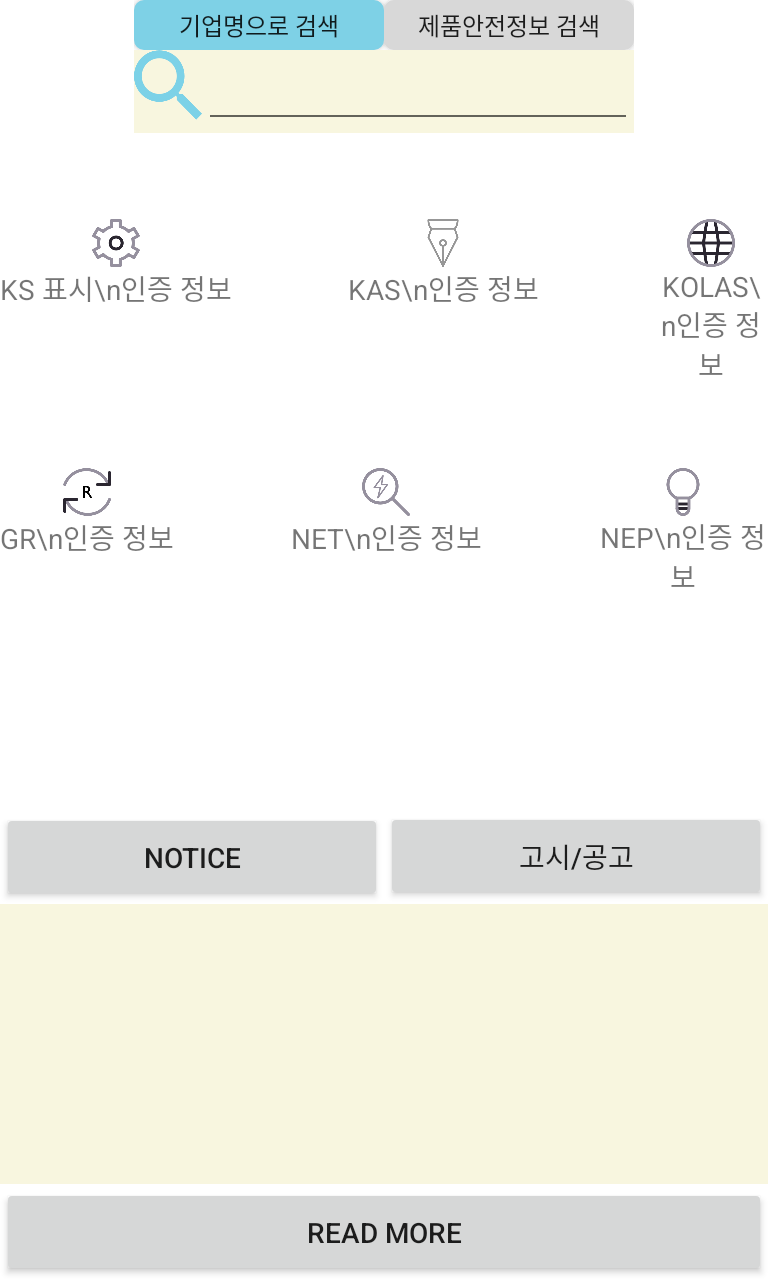
Repository: team-peony/ccfinder
Layout: android/CertifiedCompanyFinder/res/layout/fragment_main.xml
These files come from the project's save history. The layout is drawn as it stood at one moment and after the next save; the edit follows.
It is drawn on a 768 x 1280 px phone screen (xhdpi) without system bars, with theme AppTheme; the app's code is not run. Lists and similar views that code fills are empty.

Above is the layout before, as saved 2015-02-19 17:13:46.

### android/CertifiedCompanyFinder/res/layout/fragment_main.xml
<RelativeLayout xmlns:android="http://schemas.android.com/apk/res/android"
    xmlns:tools="http://schemas.android.com/tools"
    android:layout_width="match_parent"
    android:layout_height="match_parent"
    android:background="#FFFFFF"
    tools:context="com.peony.ccfinder.MainActivity$PlaceholderFragment" >

    <!-- 검색어 입력창 부분 -->
    <LinearLayout
        android:id="@+id/main_llSearch"
        android:layout_centerHorizontal="true"
        android:layout_width="250dp"
        android:layout_height="wrap_content"
        android:orientation="vertical">

        <LinearLayout
            android:layout_width="match_parent"
            android:layout_height="wrap_content"
            android:orientation="horizontal">
            <Button
                android:id="@+id/main_btnCompany"
                android:layout_width="0dp"
                android:layout_height="25dp"
                android:layout_weight="1"
                android:padding="0dp"
                android:textSize="12sp"
                android:background="@drawable/search_type_selected"
                android:text="기업명으로 검색"/>

            <Button
                android:id="@+id/main_btnSafety"
                android:layout_width="0dp"
                android:layout_height="25dp"
                android:layout_weight="1"
                android:padding="0dp"
                android:textSize="12sp"
                android:background="@drawable/search_type_unselected"
                android:text="제품안전정보 검색"/>

        </LinearLayout>

        <LinearLayout
            android:layout_width="match_parent"
            android:layout_height="wrap_content"
            android:orientation="horizontal"
            android:background="@color/cc_color_bage">

            <ImageView
                android:layout_width="34dp"
                android:layout_height="35dp"
                android:src="@drawable/search_icon" />

            <EditText
                android:id="@+id/main_etKeyword"
                android:layout_width="match_parent"
                android:layout_height="wrap_content"/>

        </LinearLayout>
    </LinearLayout>


    <!-- 카테고리 부분 -->
    <LinearLayout
        android:id="@+id/main_llCategories"
        android:layout_width="wrap_content"
        android:layout_height="wrap_content"
        android:layout_marginTop="43dp"
        android:orientation="vertical"
        android:layout_centerHorizontal="true"
        android:layout_below="@id/main_llSearch">
        <!-- 카테고리 상단 -->
        <LinearLayout
            android:layout_width="wrap_content"
            android:layout_height="wrap_content"
            android:orientation="horizontal">

            <!-- KS -->
            <LinearLayout
                android:id="@+id/main_llCategoryKs"
                android:layout_width="wrap_content"
                android:layout_height="wrap_content"
                android:orientation="vertical"
                android:gravity="center">
	            <ImageView
	                android:layout_width="@dimen/category_icon_size"
	                android:layout_height="@dimen/category_icon_size"
	                android:src="@drawable/ks_icon" />

	            <TextView
	                android:layout_width="wrap_content"
	                android:layout_height="wrap_content"
	                android:text="KS 표시\n인증 정보"
	                android:gravity="center"/>
	        </LinearLayout>

            <!-- KAS -->
            <LinearLayout
                android:id="@+id/main_llCategoryKas"
                android:layout_width="wrap_content"
                android:layout_height="wrap_content"
                android:layout_marginLeft="@dimen/category_padding"
                android:layout_marginRight="@dimen/category_padding"
                android:orientation="vertical"
                android:gravity="center">
	            <ImageView
	                android:layout_width="@dimen/category_icon_size"
	                android:layout_height="@dimen/category_icon_size"
	                android:src="@drawable/kas_icon" />

	            <TextView
	                android:layout_width="wrap_content"
	                android:layout_height="wrap_content"
	                android:text="KAS\n인증 정보"
	                android:gravity="center"/>
	        </LinearLayout>

            <!-- KOLAS -->
            <LinearLayout
                android:id="@+id/main_llCategoryKolas"
                android:layout_width="wrap_content"
                android:layout_height="wrap_content"
                android:orientation="vertical"
                android:gravity="center">
	            <ImageView
	                android:layout_width="@dimen/category_icon_size"
	                android:layout_height="@dimen/category_icon_size"
	                android:src="@drawable/kolas_icon" />

	            <TextView
	                android:layout_width="wrap_content"
	                android:layout_height="wrap_content"
	                android:text="KOLAS\n인증 정보"
	                android:gravity="center"/>
	        </LinearLayout>

        </LinearLayout>


        <!-- 카테고리 하단 -->
        <LinearLayout
            android:layout_marginTop="42dp"
            android:layout_width="wrap_content"
            android:layout_height="wrap_content"
            android:orientation="horizontal">
            <!-- GR -->
            <LinearLayout
                android:id="@+id/main_llCategoryGr"
                android:layout_width="wrap_content"
                android:layout_height="wrap_content"
                android:orientation="vertical"
                android:gravity="center">
	            <ImageView
	                android:layout_width="@dimen/category_icon_size"
	                android:layout_height="@dimen/category_icon_size"
	                android:src="@drawable/gr_icon" />

	            <TextView
	                android:layout_width="wrap_content"
	                android:layout_height="wrap_content"
	                android:text="GR\n인증 정보"
	                android:gravity="center"/>
	        </LinearLayout>

            <!-- NET -->
            <LinearLayout
                android:id="@+id/main_llCategoryNet"
                android:layout_width="wrap_content"
                android:layout_height="wrap_content"
                android:layout_marginLeft="@dimen/category_padding"
                android:layout_marginRight="@dimen/category_padding"
                android:orientation="vertical"
                android:gravity="center">
	            <ImageView
	                android:layout_width="@dimen/category_icon_size"
	                android:layout_height="@dimen/category_icon_size"
	                android:src="@drawable/net_icon" />

	            <TextView
	                android:layout_width="wrap_content"
	                android:layout_height="wrap_content"
	                android:text="NET\n인증 정보"
	                android:gravity="center"/>
	        </LinearLayout>

            <!-- NEP -->
            <LinearLayout
                android:id="@+id/main_llCategoryNep"
                android:layout_width="wrap_content"
                android:layout_height="wrap_content"
                android:orientation="vertical"
                android:gravity="center">
	            <ImageView
	                android:layout_width="@dimen/category_icon_size"
	                android:layout_height="@dimen/category_icon_size"
	                android:src="@drawable/nep_icon" />

	            <TextView
	                android:layout_width="wrap_content"
	                android:layout_height="wrap_content"
	                android:text="NEP\n인증 정보"
	                android:gravity="center"/>
	        </LinearLayout>

        </LinearLayout>

    </LinearLayout>

    <!-- 공지 사항 -->
    <LinearLayout
        android:id="@+id/main_llNoticeArea"
        android:layout_width="match_parent"
        android:layout_height="wrap_content"
        android:orientation="vertical"
        android:layout_alignParentBottom="true">

        <!-- 공지 탭 -->
        <LinearLayout
            android:layout_width="match_parent"
            android:layout_height="wrap_content"
            android:orientation="horizontal">
            <Button
	            android:id="@+id/main_btnTabNotice"
	            android:layout_width="0dp"
	            android:layout_height="wrap_content"
	            android:layout_weight="1"
	            android:text="NOTICE"/>

	        <Button
	            android:id="@+id/main_btnTabGosi"
	            android:layout_width="0dp"
	            android:layout_height="wrap_content"
	            android:layout_weight="1"
	            android:text="고시/공고"/>
        </LinearLayout>

        <ListView
            android:id="@+id/main_lvNotices"
            android:layout_width="match_parent"
            android:layout_height="140dp"
            android:background="@color/cc_color_bage"/>

        <Button
	            android:id="@+id/main_btnReadMore"
	            android:layout_width="match_parent"
	            android:layout_height="wrap_content"
	            android:text="Read more"/>
    </LinearLayout>

</RelativeLayout>

### android/CertifiedCompanyFinder/res/values/styles.xml
<resources>

    <!--
        Base application theme, dependent on API level. This theme is replaced
        by AppBaseTheme from res/values-vXX/styles.xml on newer devices.
    -->
    <style name="AppBaseTheme" parent="Theme.AppCompat.Light">
        <!--
            Theme customizations available in newer API levels can go in
            res/values-vXX/styles.xml, while customizations related to
            backward-compatibility can go here.
        -->
    </style>

    <!-- Application theme. -->
    <style name="AppTheme" parent="AppBaseTheme">
        <!-- All customizations that are NOT specific to a particular API-level can go here. -->
    </style>

</resources>

### android/CertifiedCompanyFinder/res/drawable/search_type_selected.xml
<?xml version="1.0" encoding="utf-8"?>
<shape xmlns:android="http://schemas.android.com/apk/res/android" >
    <solid android:color="@color/cc_color_skyblue"/>
    <corners android:radius="5dp"/>
    <padding android:left="10dp"
        android:top="10dp"
        android:right="10dp"
        android:bottom="10dp"/>

</shape>

### android/CertifiedCompanyFinder/res/drawable/search_type_unselected.xml
<?xml version="1.0" encoding="utf-8"?>
<shape xmlns:android="http://schemas.android.com/apk/res/android" >
    <solid android:color="@color/cc_color_unselected"/>
    <corners android:radius="5dp"/>
    <padding android:left="10dp"
        android:top="10dp"
        android:right="10dp"
        android:bottom="10dp"/>

</shape>

### android/CertifiedCompanyFinder/res/values/colors.xml
<?xml version="1.0" encoding="utf-8"?>
<resources>
    <color name="cc_color_bage">#F8F6DF</color>
    <color name="cc_color_skyblue">#7ED1E6</color>
    <color name="cc_color_unselected">#D8D8D8</color>
</resources>

### android/CertifiedCompanyFinder/res/values/dimens.xml
<resources>

    <!-- Default screen margins, per the Android Design guidelines. -->
    <dimen name="activity_horizontal_margin">16dp</dimen>
    <dimen name="activity_vertical_margin">16dp</dimen>
	<dimen name="category_icon_size">24dp</dimen>
	<dimen name="category_padding">58dp</dimen>
</resources>

Loaded but not shown: android/CertifiedCompanyFinder/res/values-v11/styles.xml (common file); android/CertifiedCompanyFinder/res/values-v14/styles.xml (common file)

After the next save:
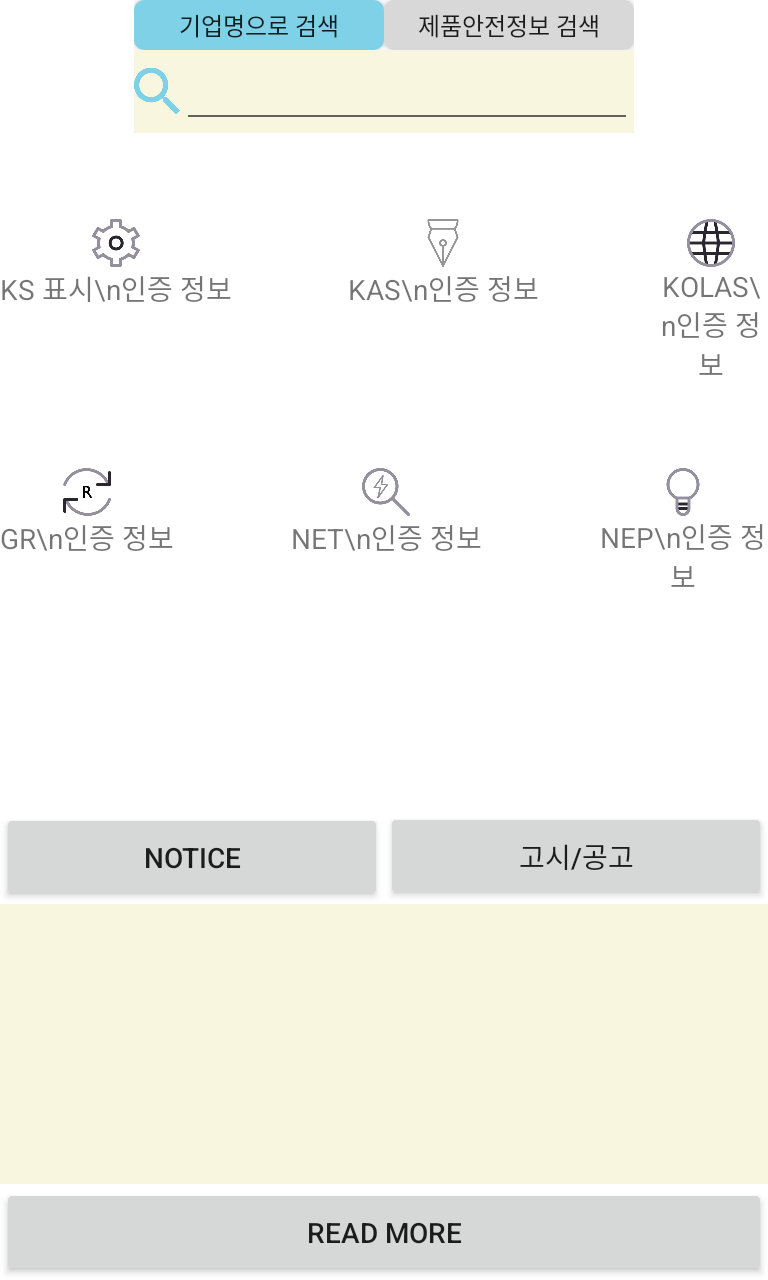
Saved 42 s later.
--- a/android/CertifiedCompanyFinder/res/layout/fragment_main.xml
+++ b/android/CertifiedCompanyFinder/res/layout/fragment_main.xml
@@ -43,11 +43,12 @@
             android:layout_width="match_parent"
             android:layout_height="wrap_content"
             android:orientation="horizontal"
-            android:background="@color/cc_color_bage">
+            android:background="@color/cc_color_bage"
+            android:gravity="center_vertical">
 
             <ImageView
-                android:layout_width="34dp"
-                android:layout_height="35dp"
+                android:layout_width="23dp"
+                android:layout_height="25dp"
                 android:src="@drawable/search_icon" />
 
             <EditText
